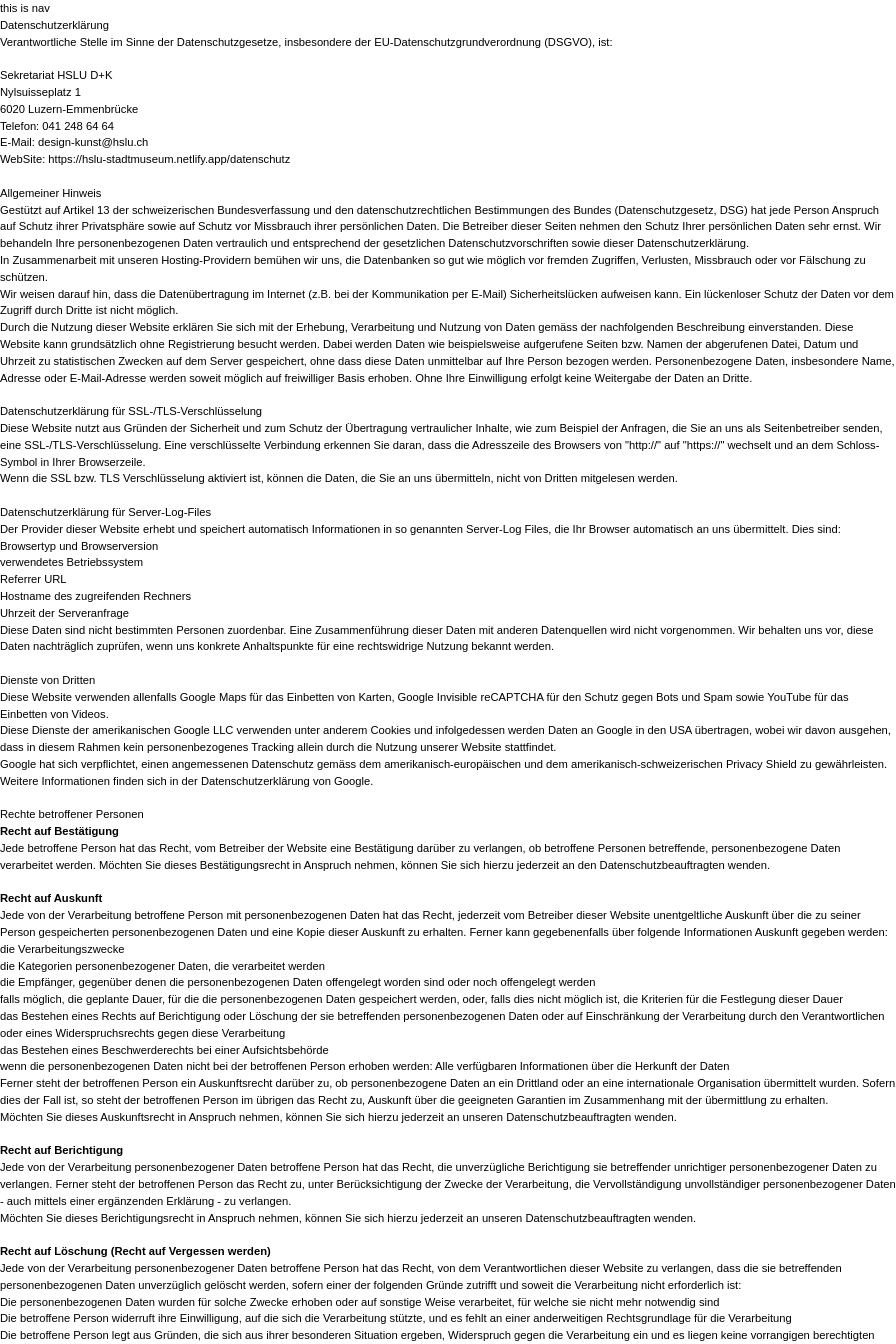
Repository: Nizii/bildarchiv_ringier_api
Page: /datenschutz (app in WebApplication1/UI/)
These files come from the project's save history. The page is drawn as it stood at one moment and after the next save; the edit follows.
The browser window is 1280 px wide. The pictures show the part of the page from y = 0 to 1920 px (the page is 3840 px tall before and 3854 px after), at 70% of full size.
The project was rebuilt for these pictures with package versions that can differ from the ones it lists, and the page was loaded fresh each time. The framework's server and built-in components were replaced by stand-ins that run in the browser. Also part of the build but not shown: WebApplication1/UI/nuxt.config.js.

Above is the page before, as saved 2021-12-15 10:26:45.

### WebApplication1/UI/assets/css/main.css


  .fade-enter-active {
    transition: transform 3s;
}
.fade-leave-active {
    transition: transform 0.5s ;
    opacity: 0.5;
    /* transform: translateY(-300px); */


}
.fade-enter {
  transition: transform 3s;

}
.fade-leave-to {
    transform: translate3d(-500px, -300px 400px);
}

@import url("https://fonts.googleapis.com/css2?family=IBM+Plex+Mono:wght@300&family=IBM+Plex+Sans:wght@300;500&display=swap");

:root {
  --black: #000;
  --white: #fff;
  --gray: #333;
  --red: red;
  --red-dark: #000;
  --red-light: #fff;
}

body {
  padding: 0;
  margin: 0;
  background-color: var(--white);
  color: var(--black);
  font-size: 16px;
  font-family: "IBM Plex Mono", monospace;
  font-family: "IBM Plex Sans", sans-serif;
}

nav {
  position: fixed;
  top: 2rem;
  left: 2rem;
  z-index: 5;
  display: flex;
  align-items: center;
}

nav a {
  margin-left: 1rem;
  font-size: 1.25rem;
  text-decoration: none;
  color: var(--white);
}

main.flex {
  height: 100vh;
  display: flex;
  overflow-x: hidden;
  position: relative;
}

section.image {
  display: flex;
  justify-content: space-between;
  min-width: 100vw;
}

.image-src {
  height: 100vh;
}

.image-section {
  position: relative;
}

.image-bg {
  background-attachment: fixed;
  background-position: center;
  background-repeat: no-repeat;
  background-size: cover;
  width: 100%;
  height: 100vh;
  display: flex;
  background-color: var(--red);
  background-blend-mode: multiply;
  position: relative;
}

.image-copy {
  display: block;
  z-index: 10;
  width: max-content;
  font-size: 0.875rem;
  font-family: "IBM Plex Mono";
  font-weight: 300;
  bottom: 1rem;
  position: absolute;
  right: 1rem;
  background: var(--red);
  padding: 1rem 1rem;
  opacity: 1; /*doesnt work correctly */
  max-width: calc(100% - 4rem);
}

/* .image-src:hover + .image-copy {
  opacity: 1;
} */

/* .image-bg:hover .image-copy {
  opacity: 1;
} */

.image-aside {
  padding: 6rem 4rem 4rem 4rem;
  display: flex;
  flex-direction: column;
  max-width: 30%;
}

.text-bottom .image-aside {
  justify-content: flex-end;
}

.text-top .image-aside {
  justify-content: flex-start;
}

.text-center .image-aside {
  padding: 6rem 4rem 4rem 4rem;
  flex-direction: column;
  justify-content: flex-end;
  max-width: 70%;
  color: var(--white);
}

.image-text {
  font-family: "IBM Plex Mono";
  font-weight: 300;
  /* font-size: 1.5rem; */
  font-size: clamp(0.5rem, 10vw, 1.5rem);
  line-height: 140%;
  position: relative;
}

.text-center .image-text {
  line-height: 110%;
  /* font-size: 3rem; */
  font-size: clamp(1rem, 10vw, 3rem);

  font-weight: 300;
  margin-bottom: 1rem;
}

.image-text::before {
  content: "";
  width: 4rem;
  height: 0.25rem;
  background-color: var(--red);
  position: absolute;
  top: -1rem;
}

.text-center .image-text::before {
  content: none;
}

### WebApplication1/UI/components/navigation.vue
<template>
<h1>this is nav</h1>
</template>

Loaded but not shown: WebApplication1/UI/pages/datenschutz.vue (6 lines, source omitted)

After the next save:
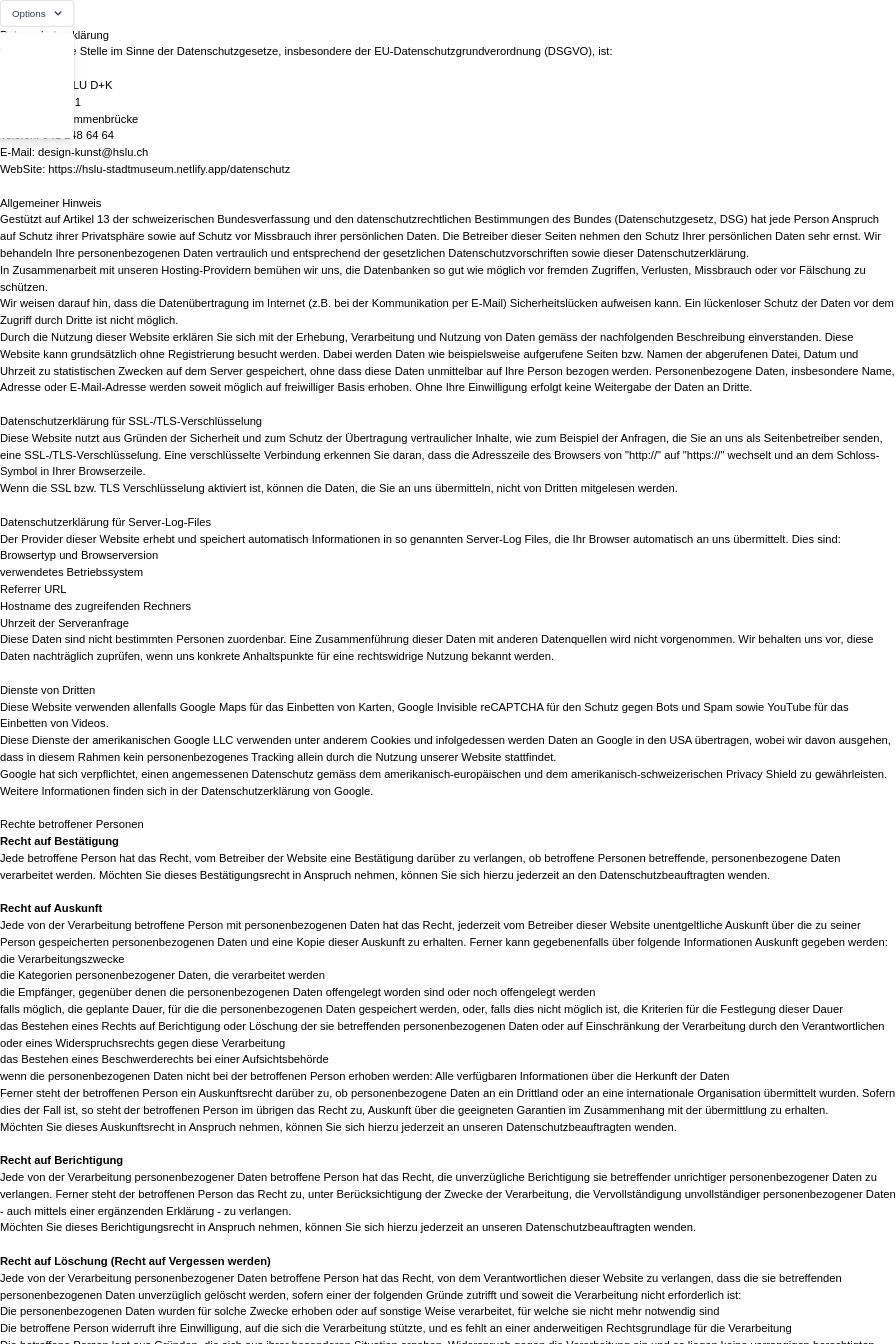
Saved 35 s later.
--- a/WebApplication1/UI/components/navigation.vue
+++ b/WebApplication1/UI/components/navigation.vue
@@ -1,3 +1,117 @@
 <template>
-<h1>this is nav</h1>
+  <!-- This example requires Tailwind CSS v2.0+ -->
+  <div class="relative inline-block text-left">
+    <div>
+      <button
+        type="button"
+        class="
+          inline-flex
+          justify-center
+          w-full
+          rounded-md
+          border border-gray-300
+          shadow-sm
+          px-4
+          py-2
+          bg-white
+          text-sm
+          font-medium
+          text-gray-700
+          hover:bg-gray-50
+          focus:outline-none
+          focus:ring-2
+          focus:ring-offset-2
+          focus:ring-offset-gray-100
+          focus:ring-indigo-500
+        "
+        id="menu-button"
+        aria-expanded="true"
+        aria-haspopup="true"
+      >
+        Options
+        <!-- Heroicon name: solid/chevron-down -->
+        <svg
+          class="-mr-1 ml-2 h-5 w-5"
+          xmlns="http://www.w3.org/2000/svg"
+          viewBox="0 0 20 20"
+          fill="currentColor"
+          aria-hidden="true"
+        >
+          <path
+            fill-rule="evenodd"
+            d="M5.293 7.293a1 1 0 011.414 0L10 10.586l3.293-3.293a1 1 0 111.414 1.414l-4 4a1 1 0 01-1.414 0l-4-4a1 1 0 010-1.414z"
+            clip-rule="evenodd"
+          />
+        </svg>
+      </button>
+    </div>
+
+    <!--
+    Dropdown menu, show/hide based on menu state.
+
+    Entering: "transition ease-out duration-100"
+      From: "transform opacity-0 scale-95"
+      To: "transform opacity-100 scale-100"
+    Leaving: "transition ease-in duration-75"
+      From: "transform opacity-100 scale-100"
+      To: "transform opacity-0 scale-95"
+  -->
+    <div
+      class="
+        origin-top-right
+        absolute
+        right-0
+        mt-2
+        w-56
+        rounded-md
+        shadow-lg
+        bg-white
+        ring-1 ring-black ring-opacity-5
+        focus:outline-none
+      "
+      role="menu"
+      aria-orientation="vertical"
+      aria-labelledby="menu-button"
+      tabindex="-1"
+    >
+      <div class="py-1" role="none">
+        <!-- Active: "bg-gray-100 text-gray-900", Not Active: "text-gray-700" -->
+        <a
+          href="#"
+          class="text-gray-700 block px-4 py-2 text-sm"
+          role="menuitem"
+          tabindex="-1"
+          id="menu-item-0"
+          >Account settings</a
+        >
+        <a
+          href="#"
+          class="text-gray-700 block px-4 py-2 text-sm"
+          role="menuitem"
+          tabindex="-1"
+          id="menu-item-1"
+          >Support</a
+        >
+        <a
+          href="#"
+          class="text-gray-700 block px-4 py-2 text-sm"
+          role="menuitem"
+          tabindex="-1"
+          id="menu-item-2"
+          >License</a
+        >
+        <form method="POST" action="#" role="none">
+          <button
+            type="submit"
+            class="text-gray-700 block w-full text-left px-4 py-2 text-sm"
+            role="menuitem"
+            tabindex="-1"
+            id="menu-item-3"
+          >
+            Sign out
+          </button>
+        </form>
+      </div>
+    </div>
+  </div>
 </template>
